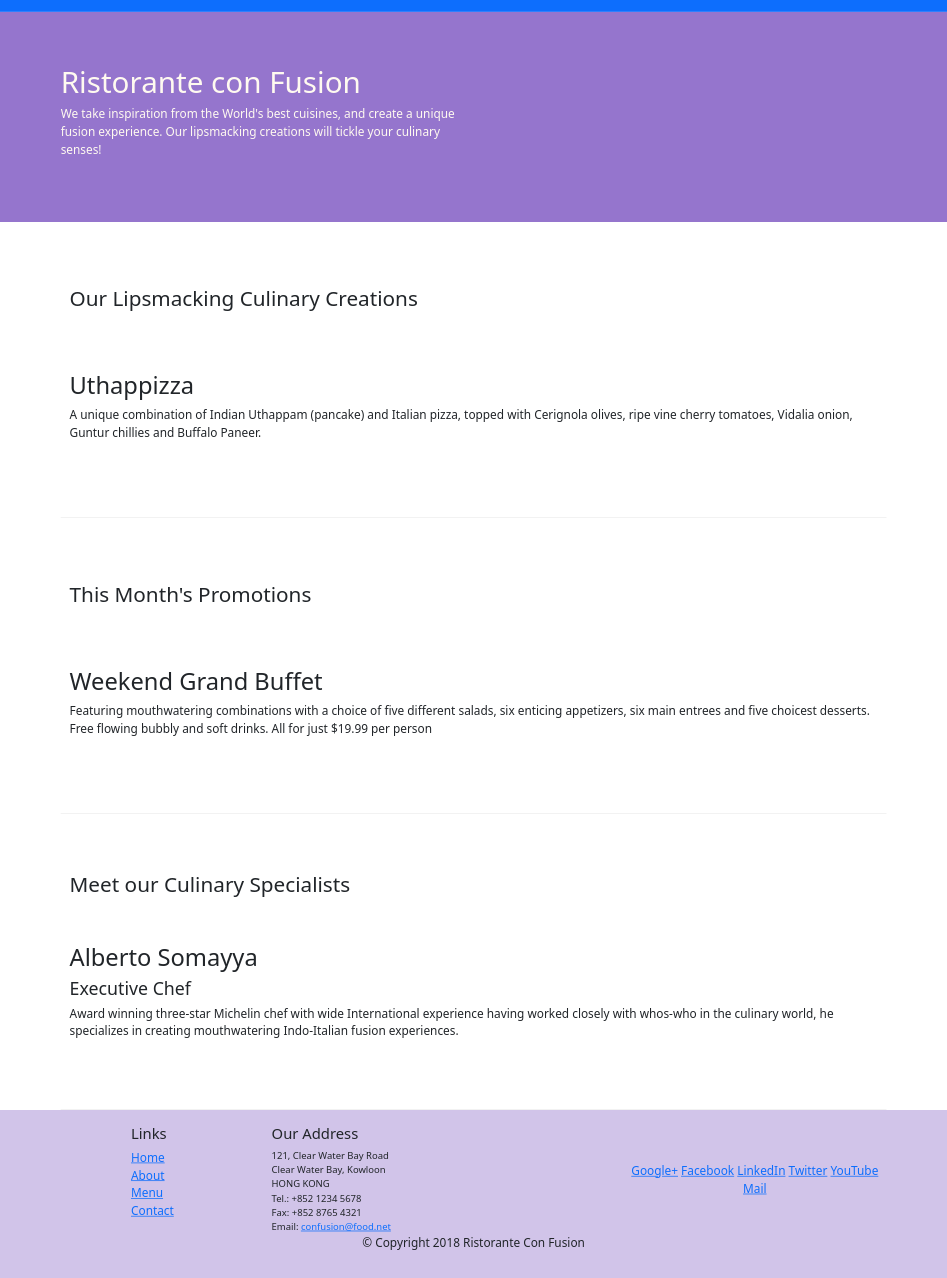
Repository: devjeremyjake/confusion
Page: index.html
These files come from the project's save history. The page is drawn as it stood at one moment and after the next save; the edit follows.
The browser window is 1280 px wide. The pictures show the whole page, at 74% of full size.
Some web libraries are served in a nearby version.

Above is the page before, as saved 2020-01-30 15:55:42.

After the next save:
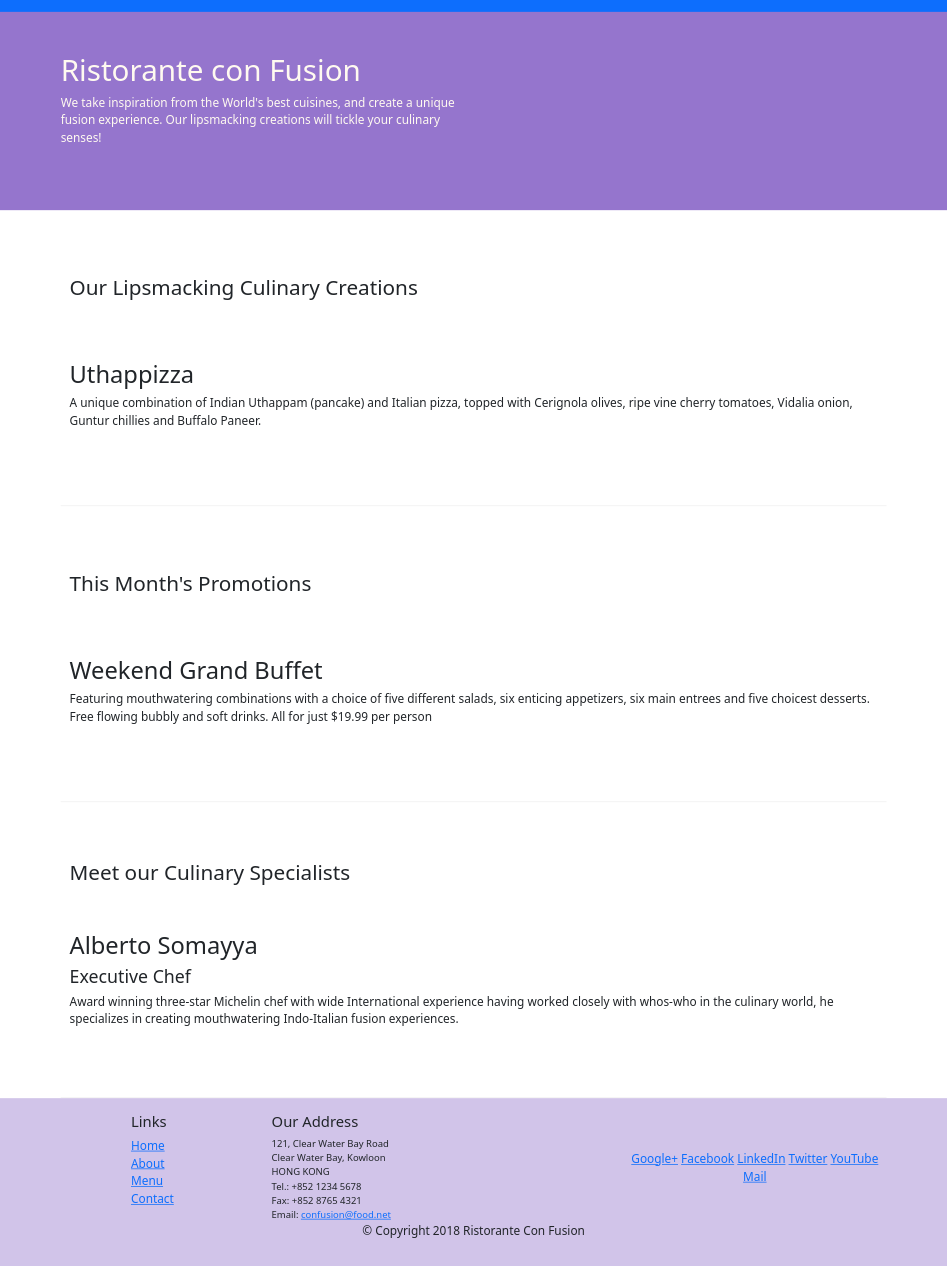
Saved 5 s later.
--- a/index.html
+++ b/index.html
@@ -10,7 +10,7 @@
 </head>
 
 <body>
-    <nav class="navbar navbar-dark navbar-expand-sm bg-primary ">
+    <nav class="navbar navbar-dark navbar-expand-sm bg-primary fixed-top">
 
     </nav>
    <header class="jumbotron">
